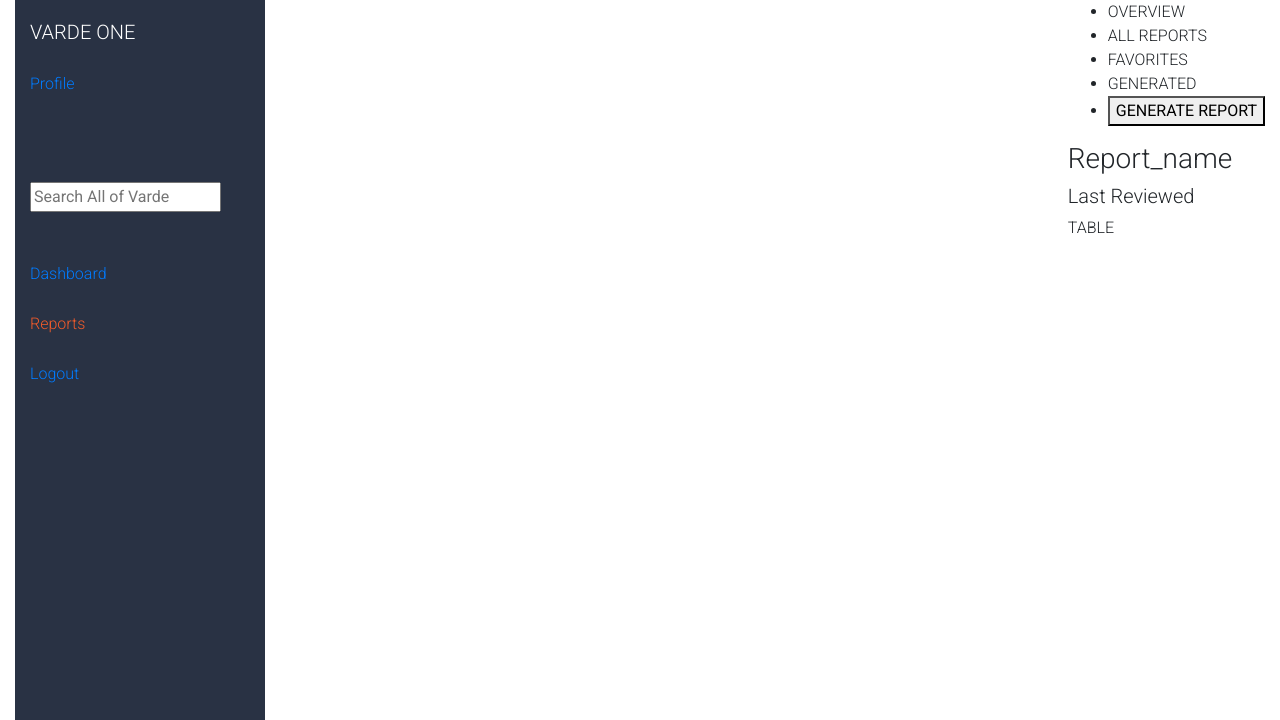
Repository: slavishtipkov/cra-redux
Page: /reports
The author's editor kept a copy of each file at every save. The page is drawn from the files as they stood at one save, then again after the next save.
The browser window is 1280 px wide. The pictures show the whole page.
The project was rebuilt for these pictures with package versions that can differ from the ones it lists, and the page was loaded fresh each time.

Above is the page before, as saved 2019-07-09 12:39:44.

### src/index.js
import React from "react";
import ReactDOM from "react-dom";
import { BrowserRouter as Router } from "react-router-dom";

import * as serviceWorker from "./serviceWorker";

import "@fortawesome/fontawesome-free/css/all.min.css";
import "bootstrap-css-only/css/bootstrap.min.css";
import "mdbreact/dist/css/mdb.css";

import App from "./Components/App";

import "./index.css";

ReactDOM.render(
  <Router>
    <App />
  </Router>,
  document.getElementById("root")
);

// If you want your app to work offline and load faster, you can change
// unregister() to register() below. Note this comes with some pitfalls.
// Learn more about service workers: https://bit.ly/CRA-PWA
serviceWorker.unregister();

### src/index.css
@import-normalize;

#root {
  max-width: 1350px;
  min-width: 960px;
  margin: 0 auto;
}

### src/Components/App/App.js
import React, { Suspense, lazy } from "react";
import { Route, Switch } from "react-router-dom";

import SideBar from "../Common/SideBar";

import "./App.scss";

const Login = lazy(() => import("../../Containers/Login"));
const Profile = lazy(() => import("../../Containers/Profile"));
const Dashboard = lazy(() => import("../../Containers/Dashboard"));
const Reports = lazy(() => import("../../Containers/Reports"));
const NotFound = lazy(() => import("../Common/NotFound"));

const App = ({ childProps }) => {
  return (
    <div className="container-fluid">
      <SideBar />
      <Suspense fallback={<div>Loading...</div>}>
        <Switch>
          <Route path="/" exact component={Login} props={childProps} />
          <Route path="/profile" exact component={Profile} props={childProps} />
          <Route
            path="/dashboard"
            exact
            component={Dashboard}
            props={childProps}
          />
          <Route path="/reports" exact component={Reports} props={childProps} />
          <Route component={NotFound} />
        </Switch>
      </Suspense>
    </div>
  );
};

export default App;

### src/Components/App/App.scss
.container-fluid {
  width: 100%;
  height: 100vh;

  display: flex;
  justify-content: space-between;
  flex-grow: inherit;

  .side-bar {
    width: 20%;
  }

  .page {
    padding-left: 25px;
    width: 80%;
  }
}

### src/Containers/Reports/index.js
import Reports from "./Reports";

export default Reports;

### src/Components/Common/SideBar/SideBar.js
import React from "react";
import { NavLink } from "react-router-dom";

import "./sideBar.scss";
import { MDBContainer, MDBRow, MDBCol } from "mdbreact";
const SideBar = () => {
  const activeStyle = { color: "#F15B2A" };

  return (
    <nav className="side-bar">
      <h5 className="heading">VARDE ONE</h5>
      <div className="profile-section">
        <NavLink to="/profile" activeStyle={activeStyle}>
          Profile
        </NavLink>
      </div>
      <div className="search-bar">
        <input type="text" placeholder="Search All of Varde" />
      </div>
      <div className="main-links">
        <NavLink to="/dashboard" activeStyle={activeStyle}>
          Dashboard
        </NavLink>
        <NavLink to="/reports" activeStyle={activeStyle} exact>
          Reports
        </NavLink>
      </div>
      <NavLink to="/logout" activeStyle={activeStyle}>
        Logout
      </NavLink>
    </nav>
  );
};

export default SideBar;

### src/Containers/Reports/Reports.js
import React from "react";

const Reports = () => (
  <div clasName="reports-page page">
    <div className="reports-page-header page-header">
      <div className="page-header-nav">
        <ul>
          <li>OVERVIEW</li>
          <li>ALL REPORTS</li>
          <li>FAVORITES</li>
          <li>GENERATED</li>
          <li>
            <button>GENERATE REPORT</button>
          </li>
        </ul>
      </div>
      <div className="page-header-content">
        <h3>Report_name</h3>
      </div>
    </div>
    <div className="page-content">
      <h5>Last Reviewed</h5>
      <div className="table">TABLE</div>
    </div>
  </div>
);

export default Reports;

### src/Components/Common/SideBar/sideBar.scss
.side-bar {
  display: flex;
  flex-direction: column;

  padding-left: 15px;
  padding-right: 15px;
  background-color: #293244;

  .heading {
    padding-top: 20px;
    padding-bottom: 20px;
    color: white;
  }

  .profile-section {
    height: 90px;
    margin-bottom: 20px;
  }

  .serach-bar {
    padding-top: 20px;
    margin-bottom: 50px;

    input {
      display: inline;
    }
  }

  .main-links {
    display: flex;
    flex-direction: column;
    margin-top: 50px;

    a {
      height: 50px;
      text-decoration: none;
    }
  }
}

Loaded but not shown: public/index.html (common file); src/serviceWorker.js (common file); src/Components/App/index.js (common file); src/Components/Common/SideBar/index.js (common file)

After the next save:
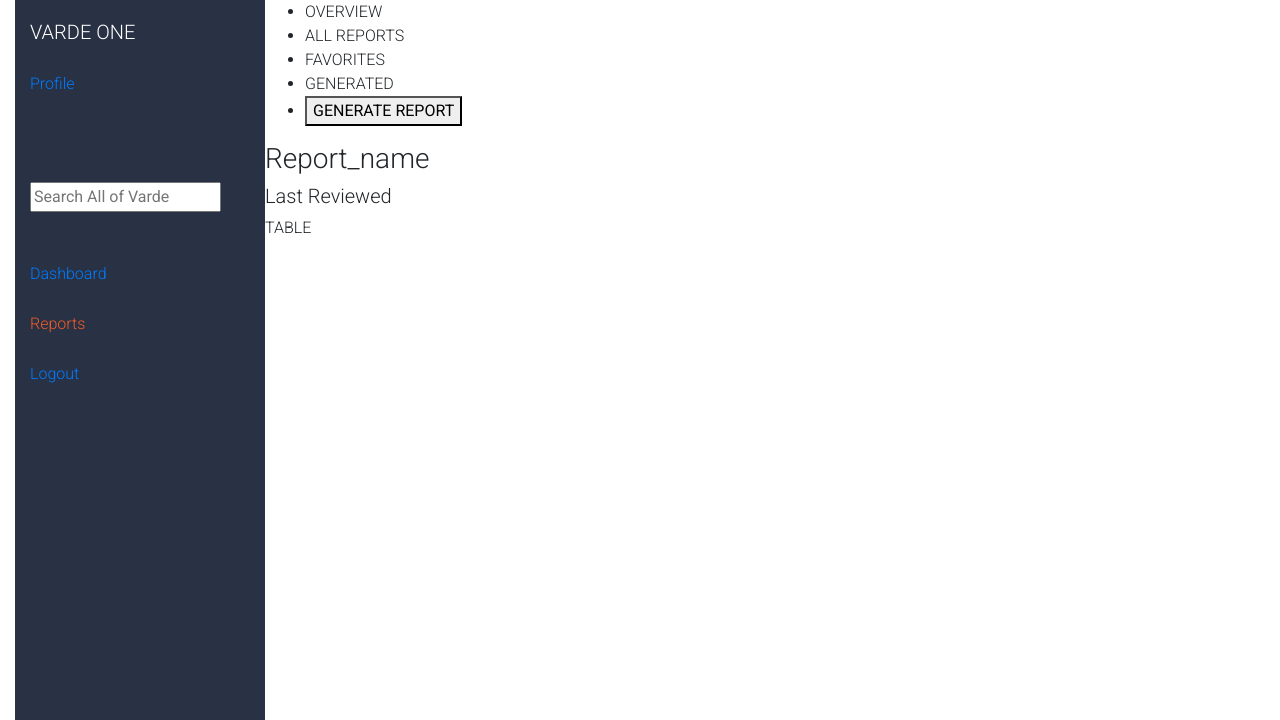
Saved 16 s later.
--- a/src/Components/App/App.scss
+++ b/src/Components/App/App.scss
@@ -3,7 +3,7 @@
   height: 100vh;
 
   display: flex;
-  justify-content: space-between;
+  justify-content: flex-start;
   flex-grow: inherit;
 
   .side-bar {
